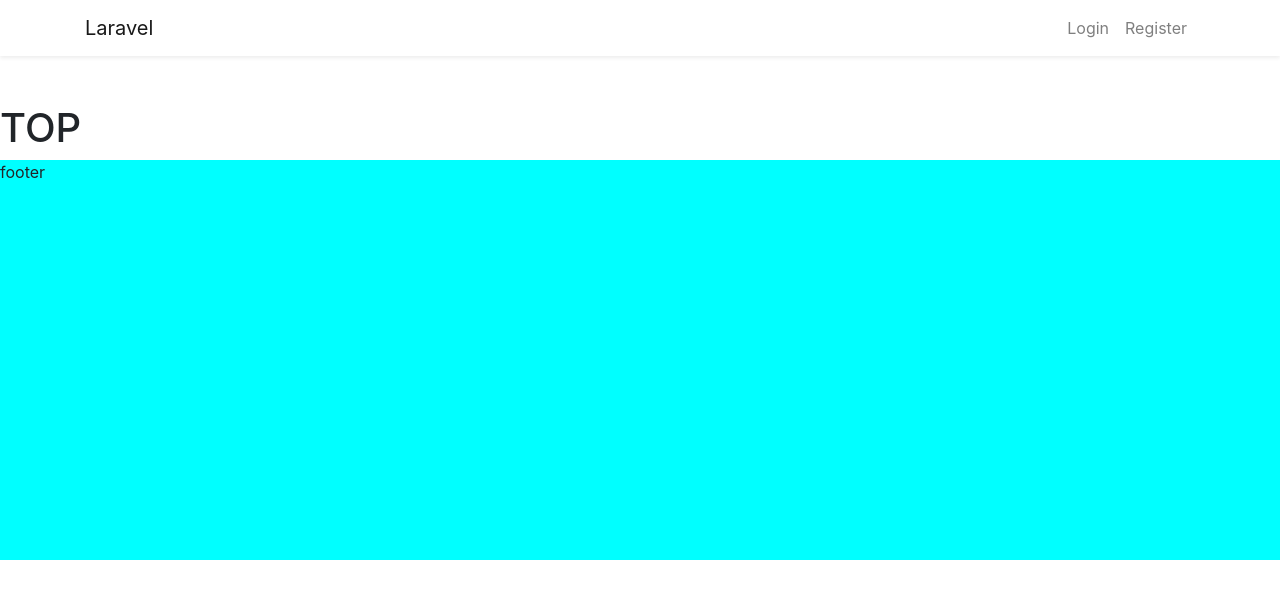
Repository: mee08/original
Page: http://localhost/
An editor plug-in stored every save of this project. The page is shown before and after the next save, followed by the edit.
The browser window is 1280 px wide. The pictures show the whole page.
The page is served by the project's Laravel application, run on PHP 8.4 with Laravel 8.

Above is the page before, as saved 2021-10-07 22:04:49.

After the next save:
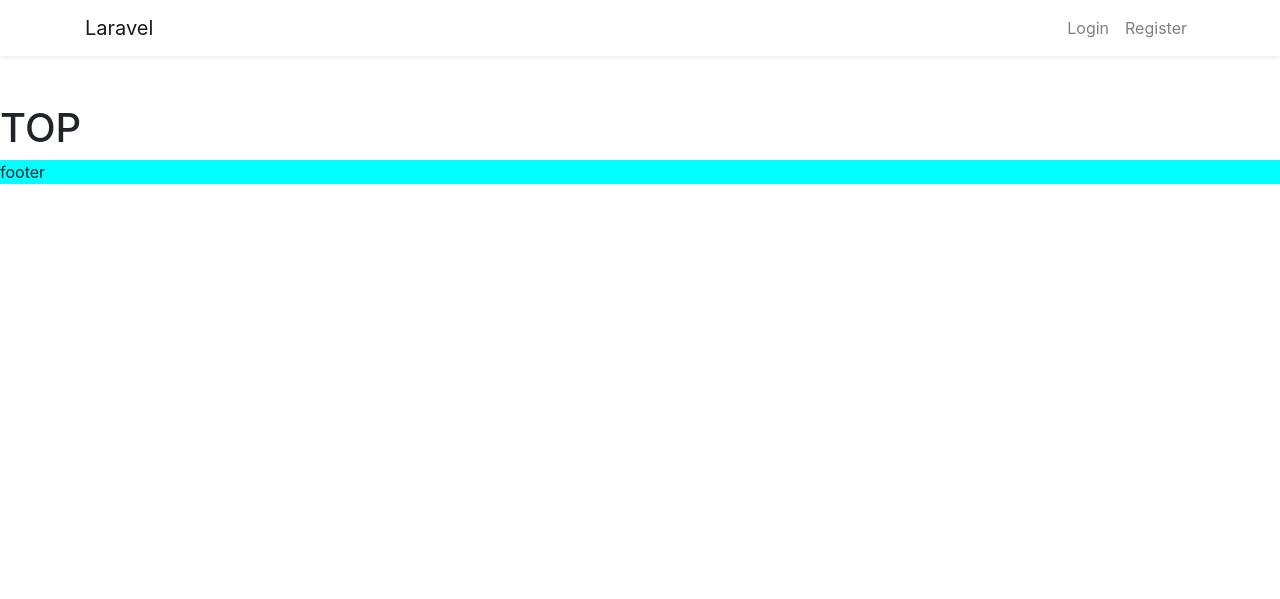
Saved 26 s later.
--- a/resources/views/layouts/footer.blade.php
+++ b/resources/views/layouts/footer.blade.php
@@ -1,3 +1,3 @@
-<div style="background-color: aqua; width:100%;height:400px;">
+<div style="background-color: aqua; width:100%;">
     footer
 </div>
